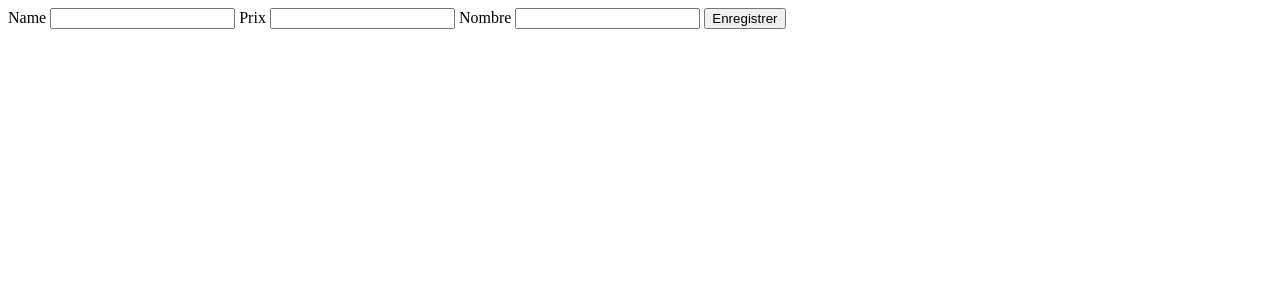
Repository: ahamie71/chat
Page: http://localhost/crud/ajoutercrud.php
These files come from the project's save history. The page is drawn as it stood at one moment and after a run of saves; the edit follows.
The browser window is 1280 px wide. The pictures show the whole page.
The page is run by PHP 8.4 with error messages shown; the project is at /var/www/html/.

Above is the page before, as saved 2023-01-13 10:46:26.

After the next 5 saves:
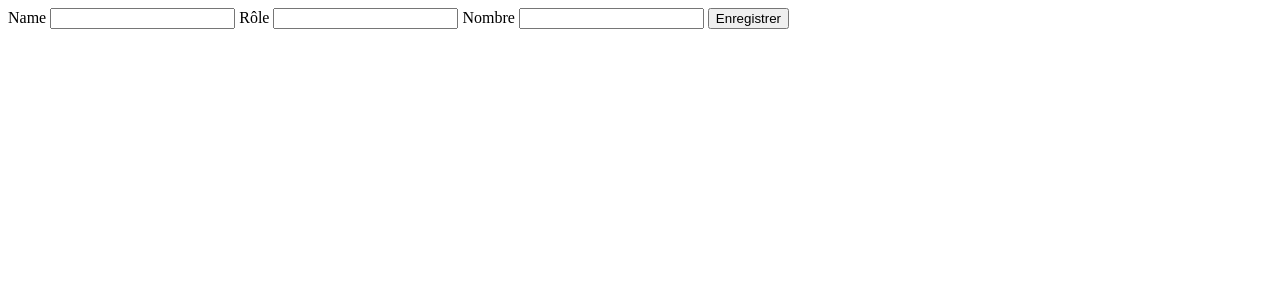
The 5 saves are shown as one change because they came seconds apart.
The last was saved 14 s later.
--- a/crud/ajoutercrud.php
+++ b/crud/ajoutercrud.php
@@ -35,7 +35,7 @@ if (isset($_POST['submit'])) {
 
     <label for="name">Name</label>
     <input type="text" name="name" id="name">
-    <label for="prix">Prix</label>
+    <label for="role">Rôle</label>
     <input type="text" name="prix" id="prix">
     <label for="nombre">Nombre</label>
     <input type="number" name="nombre" id="nombre">
